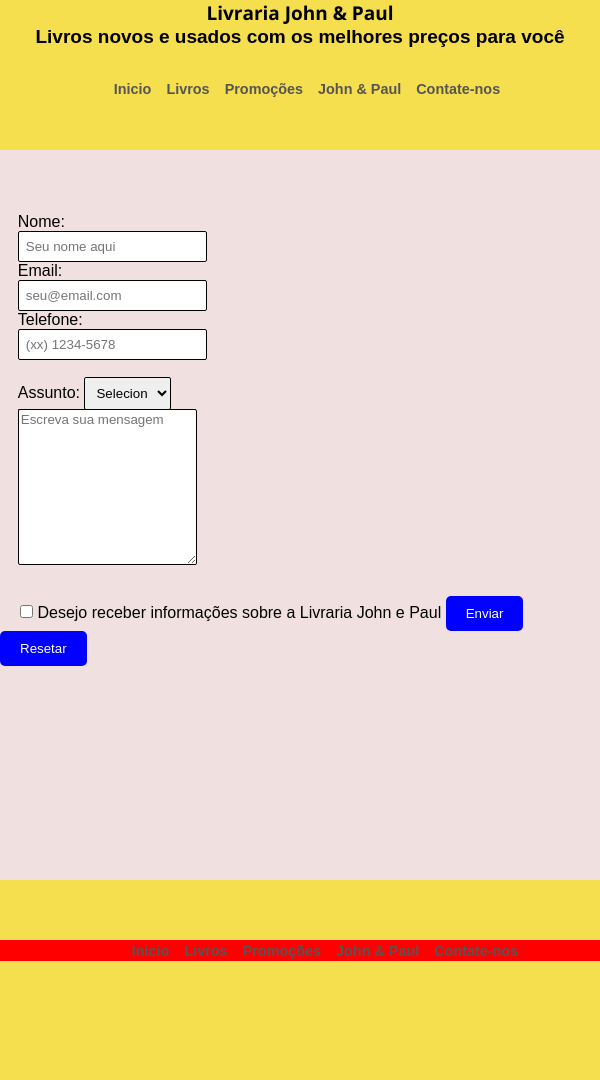
Repository: MarcoantonioCaldeira/Site-livraria-John-e-Paul
Page: contato.html
These files come from the project's save history. The page is drawn as it stood at one moment and after the next save; the edit follows.
The browser window is 600 px wide. The pictures show the whole page.

Above is the page before, as saved 2022-09-25 16:19:50.

After the next save:
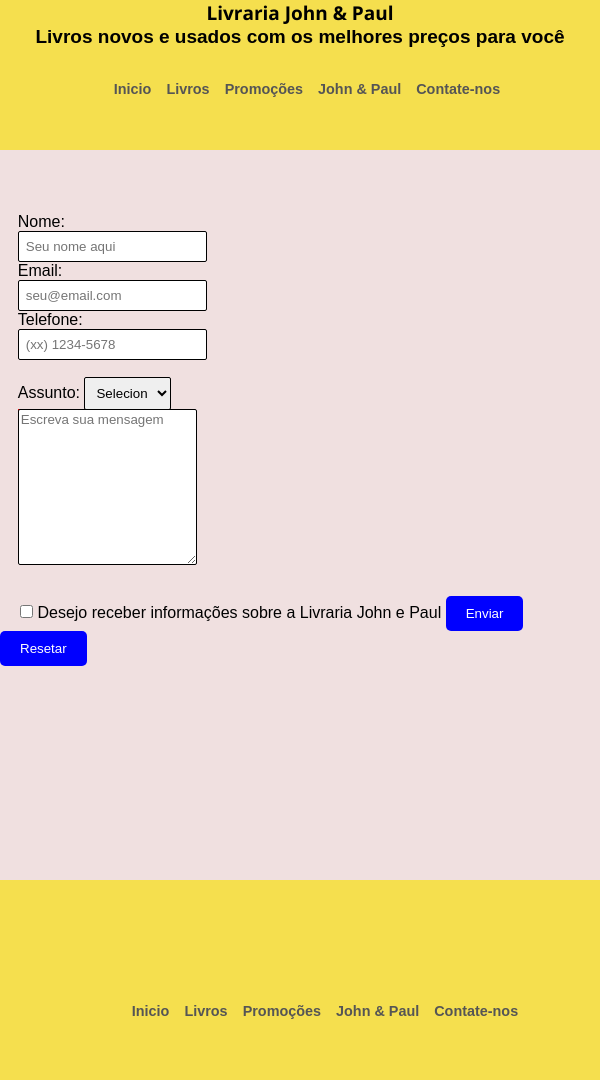
Saved 23 s later.
--- a/css/estilo.css
+++ b/css/estilo.css
@@ -286,7 +286,8 @@ form div{
    }
 
    .ul_rodape{
-      background-color: red;
+      margin-top: 20%;
+      color: red;
    }
 
    p{
